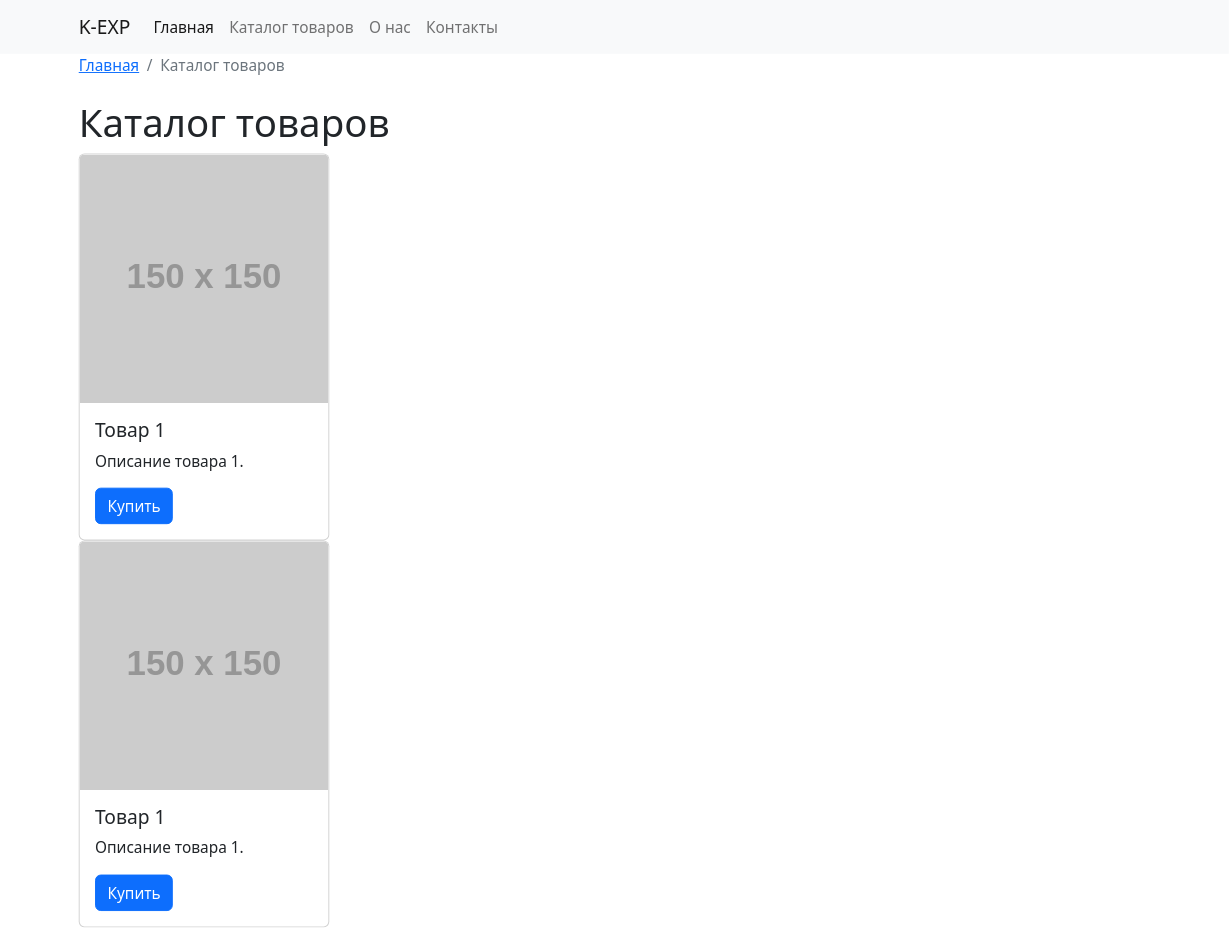
Repository: smartsoltech/kexp-shop
Page: main/catalog/templates/catalog/base.html
These files come from the project's save history. The page is drawn as it stood at one moment and after the next save; the edit follows.
The browser window is 1280 px wide. The pictures show the whole page, at 96% of full size.
The template is drawn by Django 4.2. The application's start-up code is not run. Other server files are loaded and not shown. The template is opened directly, without the code that normally fills it, so the values that code supplies are empty.

Above is the page before, as saved 2023-03-14 14:07:31.

### main/catalog/templates/catalog/base.html
<!DOCTYPE html>
<html lang="ru">
<head>
  <meta charset="UTF-8">
  <meta name="viewport" content="width=device-width, initial-scale=1.0">
  <title>{% block title %}{% endblock %}</title>
  <!-- Подключение Bootstrap CSS -->
  <link rel="stylesheet" href="https://cdn.jsdelivr.net/npm/bootstrap@5.2.3/dist/css/bootstrap.min.css" integrity="sha384-rbsA2VBKQhggwzxH7pPCaAqO46MgnOM80zW1RWuH61DGLwZJEdK2Kadq2F9CUG65" crossorigin="anonymous"></head>
<body>

  <!-- Навигационная панель -->
  <nav class="navbar navbar-expand-lg navbar-light bg-light">
    <div class="container">
      <a class="navbar-brand" href="{% url 'home' %}">K-EXP</a>
      <button class="navbar-toggler" type="button" data-bs-toggle="collapse" data-bs-target="#navbarNav" aria-controls="navbarNav" aria-expanded="false" aria-label="Toggle navigation">
        <span class="navbar-toggler-icon"></span>
      </button>
      <div class="collapse navbar-collapse" id="navbarNav">
        <ul class="navbar-nav">
          <li class="nav-item">
            <a class="nav-link active" aria-current="page" href="{% url 'home' %}">Главная</a>
          </li>
          <li class="nav-item">
            <a class="nav-link" href="#">Каталог товаров</a>
          </li>
          <li class="nav-item">
            <a class="nav-link" href="{% url 'about' %}">О нас</a>
          </li>
          <li class="nav-item">
            <a class="nav-link" href="#">Контакты</a>
          </li>
        </ul>
      </div>
    </div>
  </nav>

  <!-- Хлебные крошки -->
  <nav aria-label="breadcrumb">
    <div class="container">
      <ol class="breadcrumb">
        <li class="breadcrumb-item"><a href="#">Главная</a></li>
        <li class="breadcrumb-item active" aria-current="page">Каталог товаров</li>
      </ol>
    </div>
  </nav>

  <!-- Основное содержимое -->
  <div class="container my-4">
    <h1>Каталог товаров</h1>
    <div class="row">
      <div class="col-md-3">
        <div class="card">
          <img src="https://via.placeholder.com/150" class="card-img-top" alt="...">
          <div class="card-body">
            <h5 class="card-title">Товар 1</h5>
            <p class="card-text">Описание товара 1.</p>
            <a href="#" class="btn btn-primary">Купить</a>
          </div>
      </div>
    </div>
  </div>
    <div class="row">
      <div class="col-md-3">
        <div class="card">
          <img src="https://via.placeholder.com/150" class="card-img-top" alt="...">
          <div class="card-body">
            <h5 class="card-title">Товар 1</h5>
            <p class="card-text">Описание товара 1.</p>
            <a href="#" class="btn btn-primary">Купить</a>
          </div>
      </div>
    </div>
  </div>

After the next save:
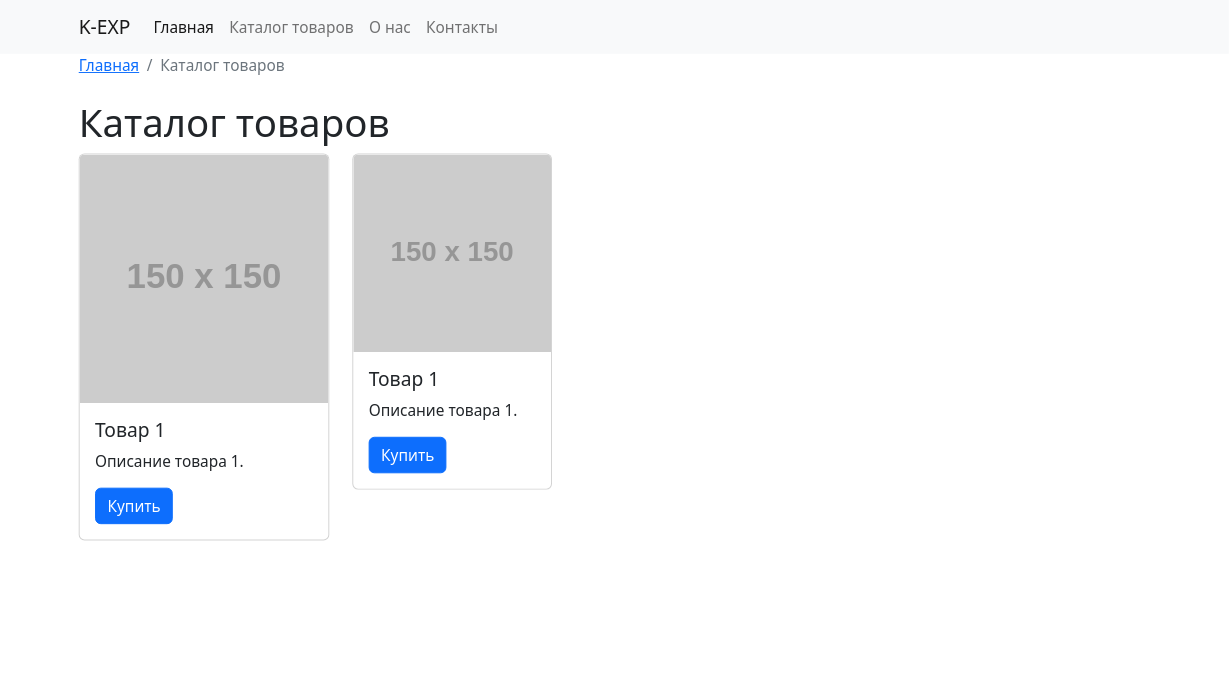
Saved 15 s later.
--- a/main/catalog/templates/catalog/base.html
+++ b/main/catalog/templates/catalog/base.html
@@ -58,8 +58,7 @@
           </div>
       </div>
     </div>
-  </div>
-    <div class="row">
+    <div class="col">
       <div class="col-md-3">
         <div class="card">
           <img src="https://via.placeholder.com/150" class="card-img-top" alt="...">
